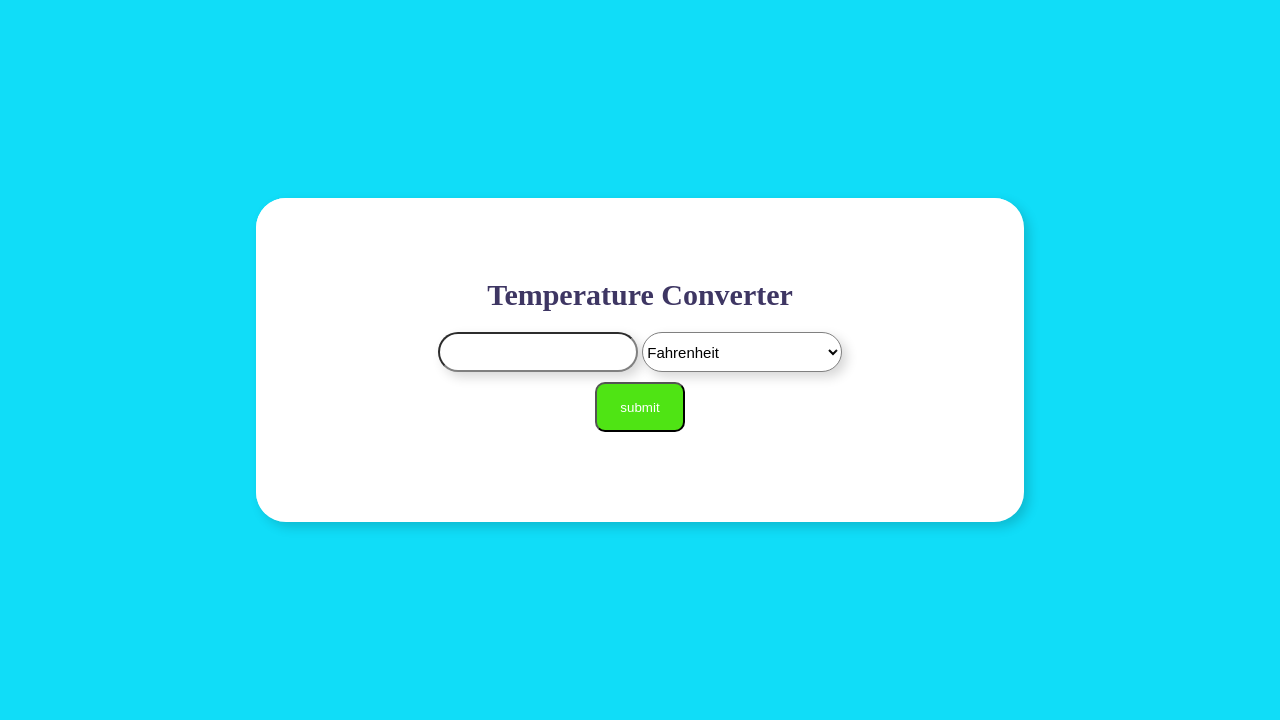
Repository: Mayur2905/OIBSIP
Page: Task-4/index.html
The author's editor kept a copy of each file at every save. The page is drawn from the files as they stood at one save, then again after the next save.
The browser window is 1280 px wide. The pictures show the whole page.

Above is the page before, as saved 2022-02-03 23:36:09.

### Task-4/index.html
<!DOCTYPE html>
<html lang="en">
<head>
    <meta charset="UTF-8">
    <meta http-equiv="X-UA-Compatible" content="IE=edge">
    <meta name="viewport" content="width=device-width, initial-scale=1.0">
    <title>Document</title>
    <link rel="stylesheet" href="style.css">
</head>
<body>
    <script type="text/javascript">
        function convert(){
            const temp = document.getElementById('temp').value;
            const ty = document.getElementById('type').value;
            if(ty == 'fah' )
            {
                var f = (temp*1.8)+32;
                document.getElementById('result').innerHTML=`= ${f}°Fahrenheit`;
            }
            else{
                var f= (temp*1) + 273.15;
                document.getElementById('result').innerHTML=`= ${f}°Kelvin`;
            }


        }
    </script>
    <form id="tempCalc" onsubmit="convert(); return false">
        <label for="temp">Temperature Converter</label><br/>
        <input type="text" name="temp" id="temp">
        <select name="temp_diff" id="type">
            <option value="fah">Fahrenheit</option>
            <option value="Kel">Kelvin</option>
        </select><br/>
        <input id="btn" type="submit" value="submit" name="temp">
        <div id="result"></div>
    </form>
</body>
</html>

### Task-4/style.css
* {
  margin: 0;
  padding: 0;
  box-sizing: border-box;
  font-family: "Mulish", sans-serif;
}

body {
  width: 100vw;
  height: 100vh;
  background-color: #10ddf8;
  display: grid;
  align-items: center;
}

form {
  background-color: #ffffff;
  padding: 80px;
  width: 60%;
  margin: 100px auto;
  text-align: center;
  box-shadow: inset 5px 5px 12px #ffffff, 5px 5px 12px rgba(0, 0, 0, 0.16);
  border-radius: 30px;
}

#tempCalc label {
  font-size: 30px;
}

#temp {
  border-color: grey;
  border-radius: 20px;
  padding: 10px;
  height: 40px;
  width: 200px;
  font-size: 20px;
  margin-top: 20px;
  vertical-align: top;
  box-shadow: inset 5px 5px 12px #ffffff, 5px 5px 12px rgba(0, 0, 0, 0.16);
}

#type {
  height: 40px;
  border-color: gray;
  border-radius: 20px;
  margin-top: 20px;
  font-size: 15px;
  height: 40px;
  width: 200px;
  vertical-align: top;
  background-color: #ffffff;
  box-shadow: inset 5px 5px 12px #ffffff, 5px 5px 12px rgba(0, 0, 0, 0.16);
}
label {
  font-family: cursive;
  font-weight: bold;
  color: #3e3663;
}
#btn {
  background-color: rgb(79, 228, 20);
  height: 50px;
  width: 90px;
  color: white;
  margin: 10px;
  border-radius: 10px;
}
#result {
  font-size: 15px;
  font-weight: 600;
}
.bg-balls {
  position: fixed;
  top: 0;
  left: 0;
  right: 0;
  bottom: 0;
  min-width: 100%;
  z-index: -1;
}
.bg-balls:before,
.bg-balls:after {
  content: "";
  position: absolute;
  width: 200px;
  height: 200px;
  border-radius: 50%;
}

.bg-balls:before {
  background-color: orange;
  right: -75px;
  bottom: -75px;
  @media screen and (min-width: 476px) {
    width: 220px;
    height: 220px;
    right: -110px;
    bottom: -110px;
  }
}

.bg-balls:after {
  background-color: green;
  top: -75px;
  left: -75px;
  @media screen and (min-width: 476px) {
    width: 220px;
    height: 220px;
    top: -110px;
    left: -110px;
  }
}

After the next save:
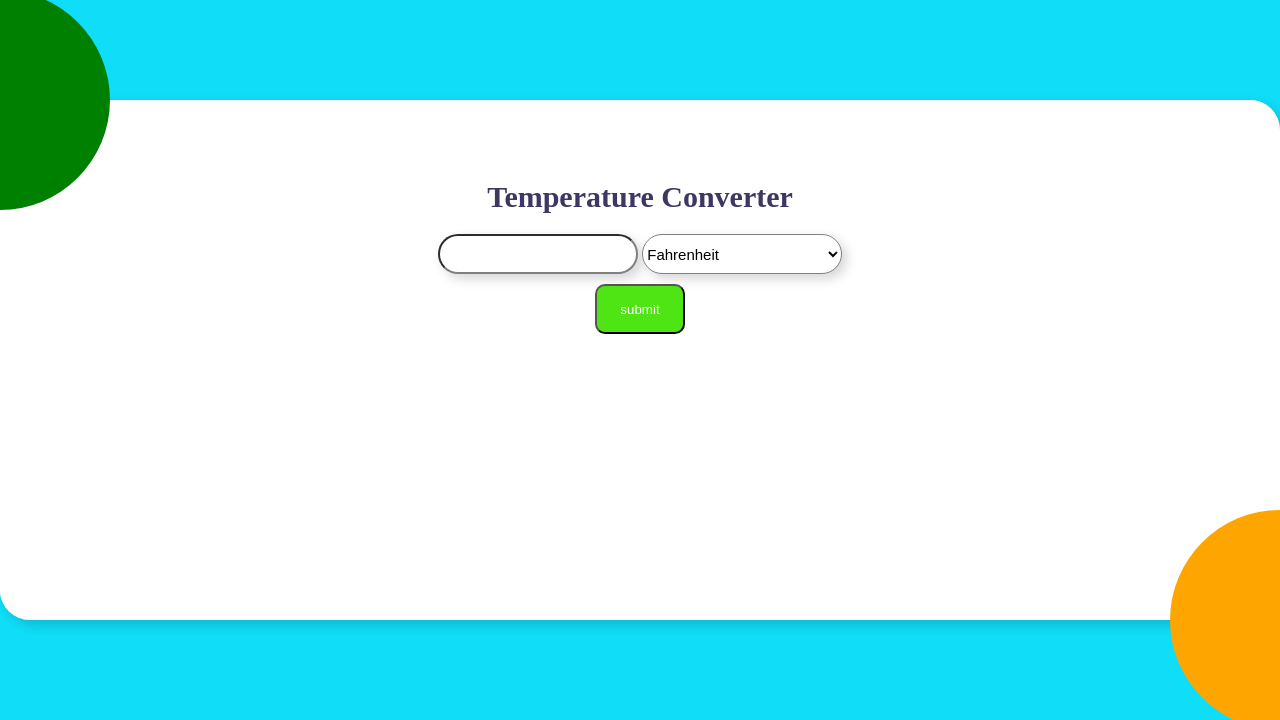
Saved 19 s later.
--- a/Task-4/index.html
+++ b/Task-4/index.html
@@ -25,7 +25,7 @@
 
         }
     </script>
-    <form id="tempCalc" onsubmit="convert(); return false">
+    <form id="tempCalc" class="bg-balls" onsubmit="convert(); return false">
         <label for="temp">Temperature Converter</label><br/>
         <input type="text" name="temp" id="temp">
         <select name="temp_diff" id="type">

After the save that followed:
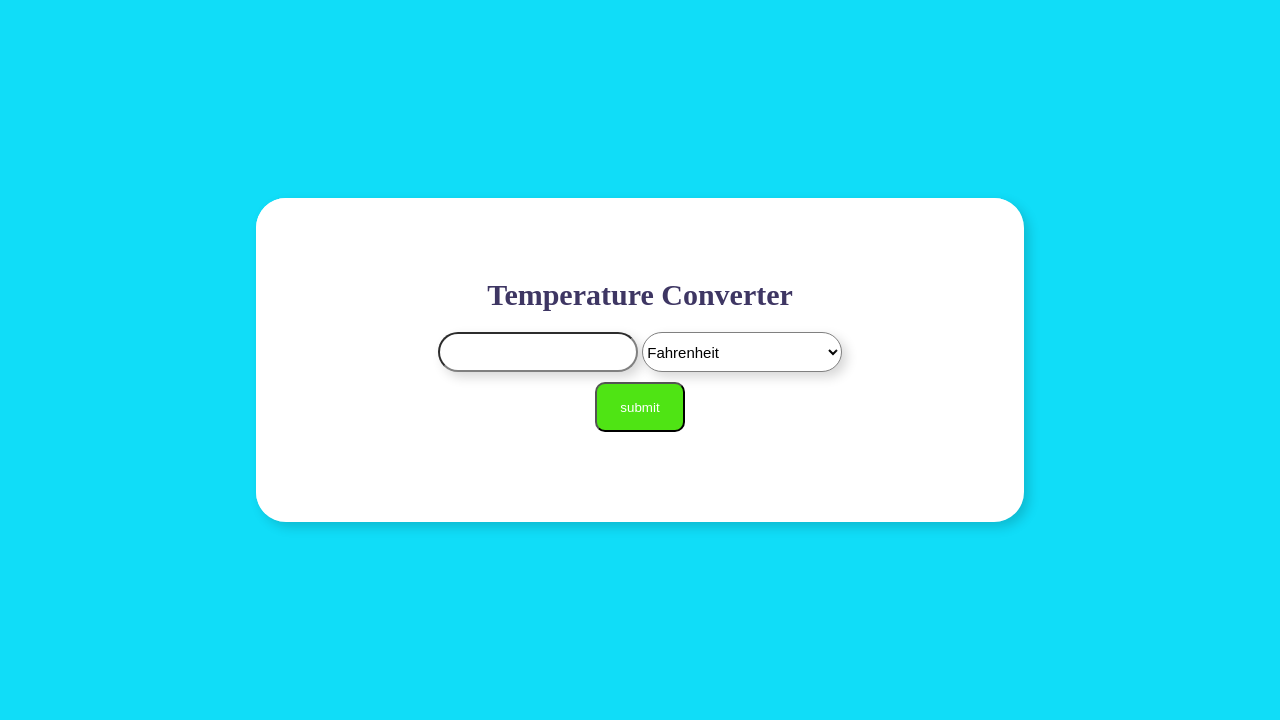
Saved 48 s later.
--- a/Task-4/index.html
+++ b/Task-4/index.html
@@ -25,7 +25,8 @@
 
         }
     </script>
-    <form id="tempCalc" class="bg-balls" onsubmit="convert(); return false">
+    <div>
+    <form id="tempCalc" onsubmit="convert(); return false">
         <label for="temp">Temperature Converter</label><br/>
         <input type="text" name="temp" id="temp">
         <select name="temp_diff" id="type">
@@ -35,5 +36,7 @@
         <input id="btn" type="submit" value="submit" name="temp">
         <div id="result"></div>
     </form>
+</div>
+    </body>
 </body>
 </html>
